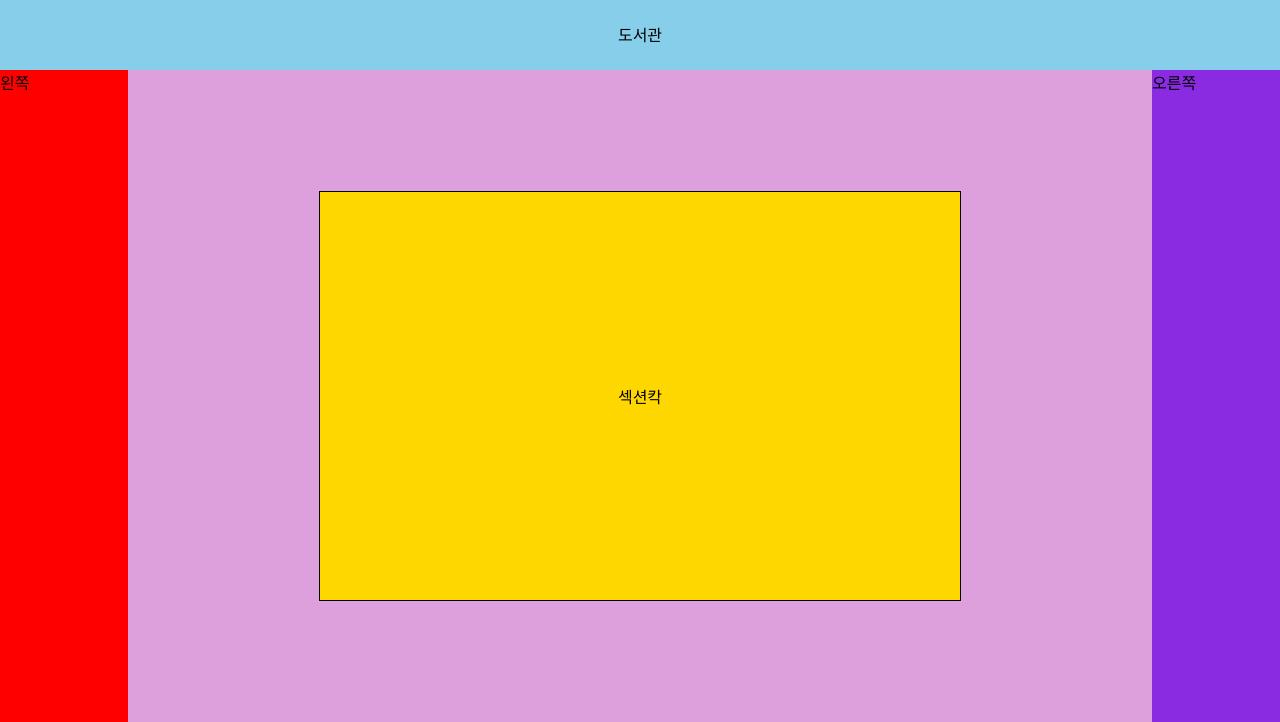
Repository: sojihwan/API_-Multi
Page: / (app in API/)
An editor plug-in stored every save of this project. The page is shown before and after the next save, followed by the edit.
The browser window is 1280 px wide. The pictures show the whole page.
The project was rebuilt for these pictures with package versions that can differ from the ones it lists, and the page was loaded fresh each time. Also part of the build but not shown: API/src/App.css.

Above is the page before, as saved 2022-05-24 15:17:30.

### API/src/App.js
import "./App.css";
import Layout from "./Layout/Layout";

function App() {
  return (
    <div>
      <Layout />
    </div>
  );
}

export default App;

### API/src/Layout/layout.js
import React from "react";
import "./Layout.css";
import Section from "./Section";

function Layout() {
  return (
    <div className="layout">
      <header>도서관</header>
      <main>
        <aside>왼쪽</aside>
        <Section />
        <aside>오른쪽</aside>
      </main>
    </div>
  );
}

export default Layout;

### API/src/Layout/layout.css
.layout {
  box-sizing: border-box;
}

header {
  width: 100%;
  height: 70px;
  line-height: 70px;
  text-align: center;
  background: skyblue;
}

aside {
  top: 70px;
}

main aside:first-child {
  position: absolute;
  left: 0;
  width: 10%;
  height: 90.6%;
  background: red;
}

main {
  display: flex;
  justify-content: center;
  align-items: center;
  min-height: 90.6vh;
  background: plum;
}

main aside:last-child {
  position: absolute;
  right: 0;
  width: 10%;
  height: 90.6%;
  background: blueviolet;
}

### API/src/Layout/Section.js
import React from "react";
import "../Layout/Section.css";

function Section() {
  return (
    <div className="section">
      <div>섹션칵</div>
    </div>
  );
}

export default Section;

### API/src/Layout/Section.css
.section {
  border: 1px solid black;
  width: 50%;
  padding: 15% 0;
  background: gold;
  text-align: center;

}

Loaded but not shown: API/public/index.html (common file); API/src/index.js (common file); API/src/index.css (common file); API/src/reportWebVitals.js (common file)

After the next save:
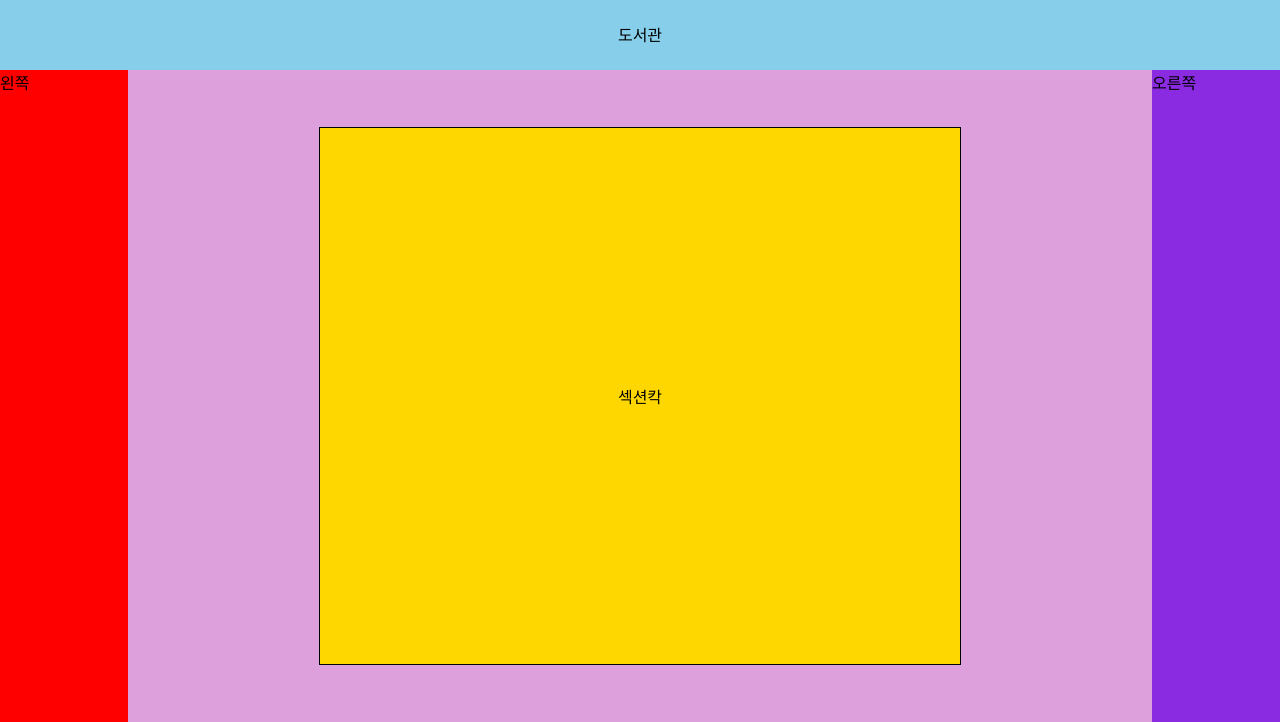
Saved 3 s later.
--- a/API/src/Layout/Section.css
+++ b/API/src/Layout/Section.css
@@ -1,7 +1,7 @@
 .section {
   border: 1px solid black;
   width: 50%;
-  padding: 15% 0;
+  padding: 20% 0;
   background: gold;
   text-align: center;
 
